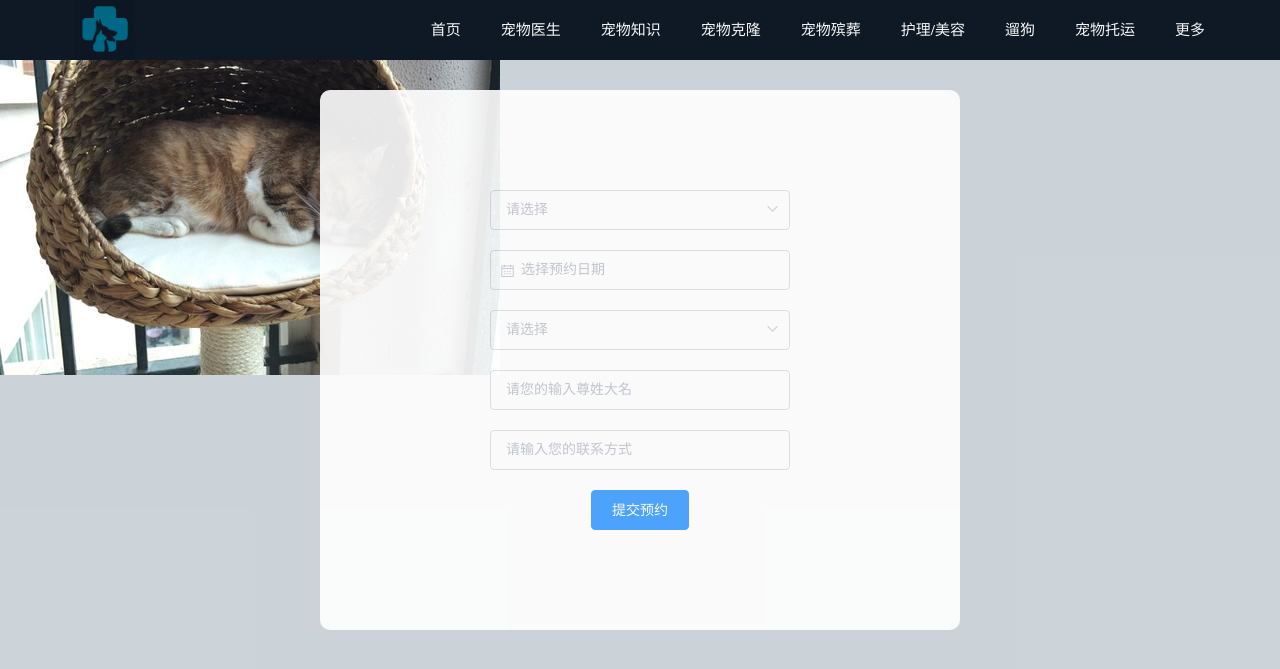
Repository: Sharang-heng/pet-hospital
Page: /orderDoctor
The author's editor kept a copy of each file at every save. The page is drawn from the files as they stood at one save, then again after the next save.
The browser window is 1280 px wide. The pictures show the whole page.
The project was rebuilt for these pictures with package versions that can differ from the ones it lists, and the page was loaded fresh each time. Also part of the build but not shown: vue.config.js, src/components/home_short.vue, src/views/HomePage.vue, src/components/footer.vue, src/views/counsel.vue, src/views/doctor.vue, src/views/knowledge.vue, src/views/clone.vue and 11 more. Imported but missing from the stored project, and not drawn on this page: src/assets/video/homepage.mp4.

Above is the page before, as saved 2021-01-13 14:56:21.

After the next save:
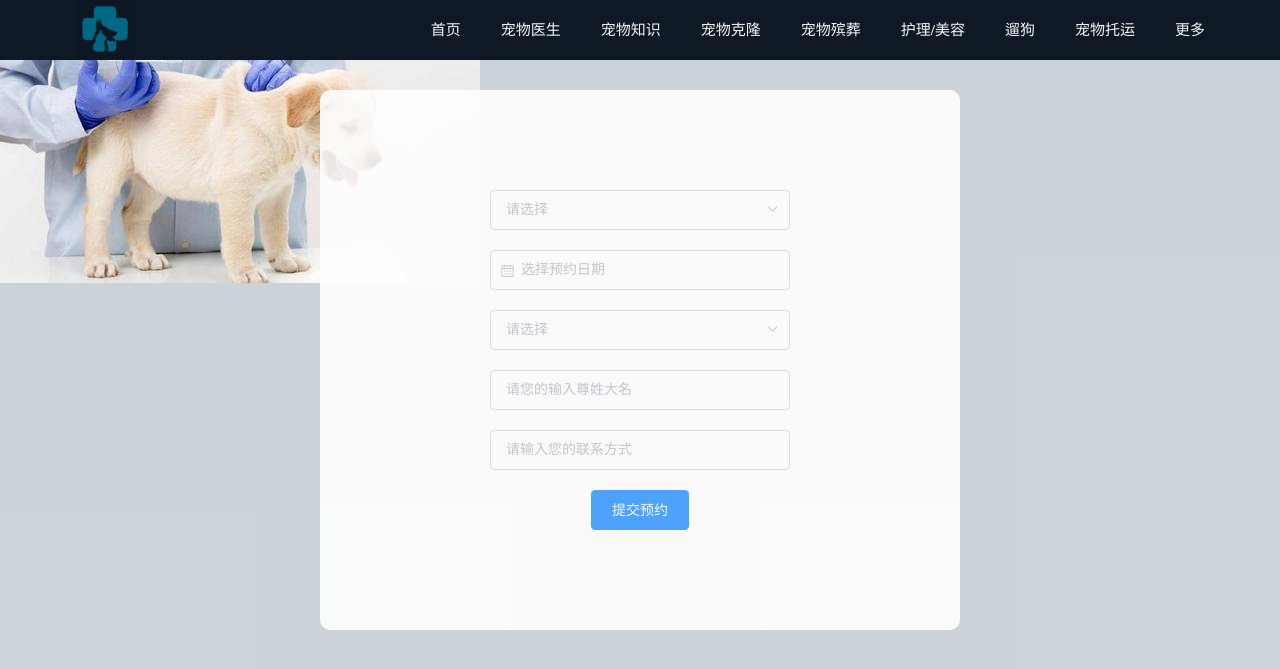
Saved 34 s later.
--- a/src/views/orderDoctor.vue
+++ b/src/views/orderDoctor.vue
@@ -2,7 +2,7 @@
   <div>
     <shortcut class="shortcut"></shortcut>
     <div class="videos">
-      <img src="../assets/img/cat5.jpg" >
+      <img src="../assets/img/dog8.jpg" >
     </div>
     <div class>
       <el-form label-width="100px" class="main">
